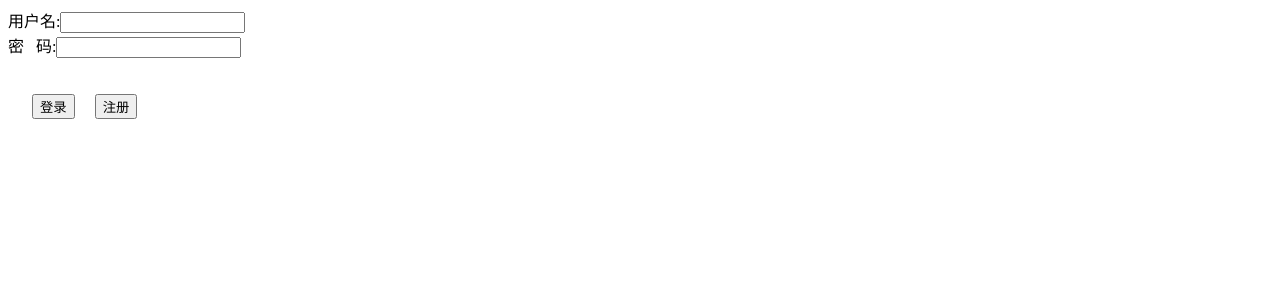
Repository: AAJAAJ/eclipse-workspace
Page: http://localhost/Supermarket/login.jsp
These files come from the project's save history. The page is drawn as it stood at one moment and after the next save; the edit follows.
The browser window is 1280 px wide. The pictures show the whole page.
The page is served by Tomcat 9. Other server files are loaded and not shown.

Above is the page before, as saved 2019-09-25 10:57:00.

### Supermarket/WebContent/login.jsp
<%@ page language="java" contentType="text/html; charset=UTF-8"
    pageEncoding="UTF-8"%>
<!DOCTYPE html>
<html>
<head>
<meta charset="UTF-8">
<title>Insert title here</title>
</head>
<body>
	<form action="show.jsp" method="post">
		<div id="err"><span></span></div>
		用户名:<input type="text" name="username" id="username" />
		<br />
		密&nbsp;&nbsp;&nbsp;码:<input type="text" name="password" id="password" />
		<br /><br /><br />
		&nbsp;&nbsp;&nbsp;&nbsp;&nbsp;
		<input type="submit" value="登录"/>
		&nbsp;&nbsp;&nbsp;
		<input type="submit" value="注册"/>
		<br />
		<div id="err"><span></span></div>
	</form>
</body>
</html>

After the next save:
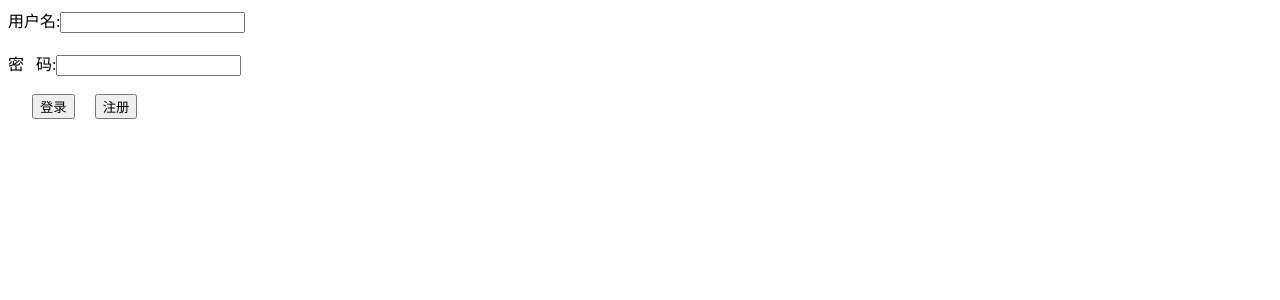
Saved 14 s later.
--- a/Supermarket/WebContent/login.jsp
+++ b/Supermarket/WebContent/login.jsp
@@ -10,9 +10,9 @@
 	<form action="show.jsp" method="post">
 		<div id="err"><span></span></div>
 		用户名:<input type="text" name="username" id="username" />
-		<br />
+		<br /><br />
 		密&nbsp;&nbsp;&nbsp;码:<input type="text" name="password" id="password" />
-		<br /><br /><br />
+		<br /><br />
 		&nbsp;&nbsp;&nbsp;&nbsp;&nbsp;
 		<input type="submit" value="登录"/>
 		&nbsp;&nbsp;&nbsp;
